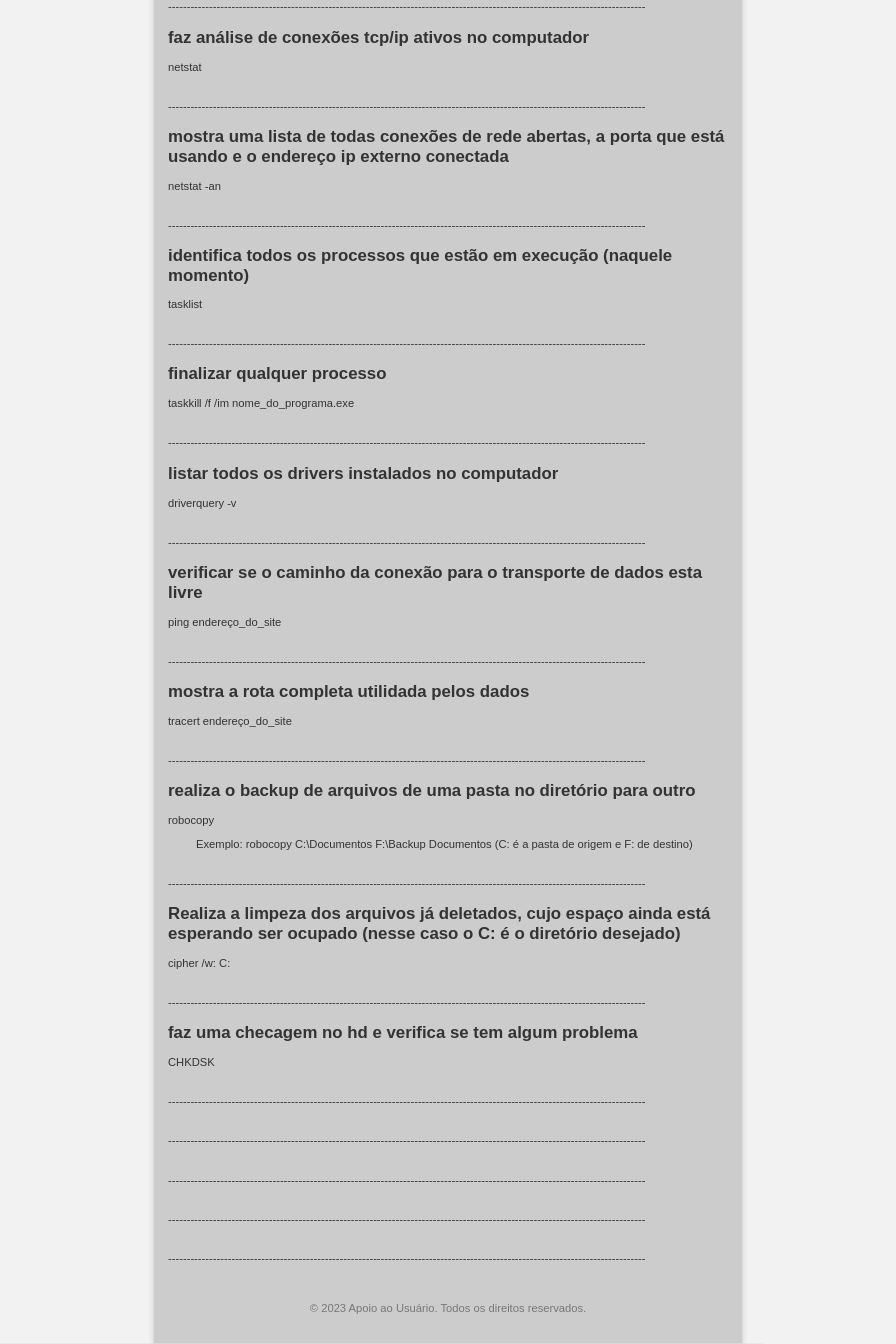
Repository: I4guito/dicasdez
Page: Dicas site/Dicas/cmd.html
These files come from the project's save history. The page is drawn as it stood at one moment and after a run of saves; the edit follows.
The browser window is 1280 px wide. The pictures show the part of the page from y = 1614 to 3534 px (the page is 3534 px tall before and 3310 px after), at 70% of full size.

Above is the page before, as saved 2023-11-28 13:53:44.

### Dicas site/Dicas/cmd.html
<!DOCTYPE html>
<html lang="pt-br">
<head>
    <meta charset="UTF-8">
    <meta name="viewport" content="width=device-width, initial-scale=1.0">
    <link rel="stylesheet" href="padrao.css">
    <script src="/Dicas site/script.js"></script>
    <title>CMD - comandos</title>
</head>
<body>
    <div class="container">
        <header>
        <a href="javascript:history.back()" class="voltar-btn">&#8592; Voltar</a>
            <h1>Comandos úteis para usar no cmd:</h1>
        </header>
        --------------------------------------------------------------------------------------------------------------------------------

        <section>
            <div class="programa">
                <h2>Testar a conectividade (pingar)</h2>
                <p>ping t?????? </p>
                <blockquote>no caso seria ping + tombo (ping t123456)</blockquote>

            </div>
        </section><br>

        --------------------------------------------------------------------------------------------------------------------------------

        <section>
            <div class="programa">
                <h2>Ficar pingando continuamente</h2>
                <p>ping t?????? -t</p>

            </div>
        </section><br>

        --------------------------------------------------------------------------------------------------------------------------------

        <section>
            <div class="programa">
                <h2>saber as permissões do usuário</h2>
                <p>gpresult /r</p>
            </div>
        </section><br>

        --------------------------------------------------------------------------------------------------------------------------------

        <section>
            <div class="programa">
                <h2>forçar atualizações de política de rede no computador</h2>
                <p>gpupdate /force</p>
            </div>
        </section><br>

        --------------------------------------------------------------------------------------------------------------------------------

        <section>
            <div class="programa">
                <h2>reiniciar o computador a distância</h2>
                <p>shutdown -r -m \\tombo -f -t 0</p>
                <blockquote><blockquote>Perfeito pra zuar o coleguinha nas horas vagas</blockquote>
            </div>
        </section><br>


        --------------------------------------------------------------------------------------------------------------------------------

        <section>
            <div class="programa">
                <h2>Verificar a integridade de todos os arquivos do sistema protegidos e reparar os arquivos com problemas quando possível</h2>
                <p>sfc /SCANNOW</p>
            </div>
        </section><br>

        --------------------------------------------------------------------------------------------------------------------------------

        <section>
            <div class="programa">
                <h2>Saber se tem alguém conectado via VNC em alguma máquina:</h2>
                <p>psloggedon \t?????? </p>
            </div>
        </section><br>


        --------------------------------------------------------------------------------------------------------------------------------

        <section>
            <div class="programa">
                <h2>mostrar as principais informações úteis do seu computador</h2>
                <p>systeminfo</p>
            </div>
        </section><br>


        --------------------------------------------------------------------------------------------------------------------------------

        <section>
            <div class="programa">
                <h2>mostrar as informações do endereço ip do computador</h2>
                <p>ipconfig</p>
            </div>
        </section><br>


        --------------------------------------------------------------------------------------------------------------------------------

        <section>
            <div class="programa">
                <h2 do cache dns>limpeza do cache dns</h2>
                <p>ipconfig /flushdns</p>
            </div>
        </section><br>


        --------------------------------------------------------------------------------------------------------------------------------

        <section>
            <div class="programa">
                <h2>faz análise de conexões tcp/ip ativos no computador</h2>
                <p>netstat</p>
            </div>
        </section><br>


        --------------------------------------------------------------------------------------------------------------------------------

        <section>
            <div class="programa">
                <h2>mostra uma lista de todas conexões de rede abertas, a porta que está usando e o endereço ip externo conectada</h2>
                <p>netstat -an</p>
            </div>
        </section><br>

        --------------------------------------------------------------------------------------------------------------------------------

        <section>
            <div class="programa">
                <h2>identifica todos os processos que estão em execução (naquele momento)</h2>
                <p>tasklist</p>
            </div>
        </section><br>


        --------------------------------------------------------------------------------------------------------------------------------

        <section>
            <div class="programa">
                <h2>finalizar qualquer processo</h2>
                <p>taskkill /f /im nome_do_programa.exe</p>
            </div>
        </section><br>

        --------------------------------------------------------------------------------------------------------------------------------

        <section>
            <div class="programa">
                <h2>listar todos os drivers instalados no computador</h2>
                <p>driverquery -v</p>
            </div>
        </section><br>

        --------------------------------------------------------------------------------------------------------------------------------

        <section>
            <div class="programa">
                <h2>verificar se o caminho da conexão para o transporte de dados esta livre</h2>
                <p>ping endereço_do_site</p>
            </div>
        </section><br>

        --------------------------------------------------------------------------------------------------------------------------------

        <section>
            <div class="programa">
                <h2>mostra a rota completa utilidada pelos dados</h2>
                <p>tracert endereço_do_site</p>
            </div>
        </section><br>

        --------------------------------------------------------------------------------------------------------------------------------

        <section>
            <div class="programa">
                <h2>realiza o backup de arquivos de uma pasta no diretório para outro</h2>
                <p>robocopy</p>
                <blockquote>Exemplo: robocopy C:\Documentos F:\Backup Documentos (C: é a pasta de origem e F: de destino)</blockquote>
            </div>
        </section><br>

        --------------------------------------------------------------------------------------------------------------------------------

        <section>
            <div class="programa">
                <h2>Realiza a limpeza dos arquivos já deletados, cujo espaço ainda está esperando ser ocupado (nesse caso o C: é o diretório desejado)</h2>
                <p>cipher /w: C:</p>
            </div>
        </section><br>

        --------------------------------------------------------------------------------------------------------------------------------

        <section>
            <div class="programa">
                <h2>faz uma checagem no hd e verifica se tem algum problema</h2>
                <p>CHKDSK</p>
            </div>
        </section><br>

        --------------------------------------------------------------------------------------------------------------------------------

        <section>
            <div class="programa">
                <h2></h2>
                <p></p>
            </div>
        </section><br>

        --------------------------------------------------------------------------------------------------------------------------------

        <section>
            <div class="programa">
                <h2></h2>
                <p></p>
            </div>
        </section><br>

        --------------------------------------------------------------------------------------------------------------------------------

        <section>
            <div class="programa">
                <h2></h2>
                <p></p>
            </div>
        </section><br>

        --------------------------------------------------------------------------------------------------------------------------------

        <section>
            <div class="programa">
                <h2></h2>
                <p></p>
            </div>
        </section><br>

        --------------------------------------------------------------------------------------------------------------------------------

        <section>
            <div class="programa">
                <h2></h2>
                <p></p>
            </div>
        </section><br>


        <footer>
            <p>&copy; 2023 Apoio ao Usuário. Todos os direitos reservados.</p>
        </footer>
    </div>
</body>
</html>

### Dicas site/Dicas/padrao.css
body {
    font-family: 'Arial', sans-serif;
    margin: 0;
    padding: 0;
    background-color: #f2f2f2;
    color:#fff
}

.container {
    max-width: 800px;
    margin: 0 auto;
    background-color: #ccc;
    padding: 20px;
    box-shadow: 0 0 10px rgba(0, 0, 0, 0.1);
    border: 1px solid #ddd;
    color: #333;
}

header, section, footer {
    margin-bottom: 20px;
}

header h1, section h2 {
    color: #333;
}

ul {
    list-style: none;
    padding: 0;
}

li {
    margin-bottom: 10px;
}

footer {
    text-align: center;
    color: #777;
}

.voltar-btn {
    position: absolute;
    left: 10px;
    top: 10px;
    text-decoration: none;
    color: #fff;
    font-size: 16px;
    padding: 10px;
    background-color: #555;
    border: none;
    border-radius: 5px;
    cursor: pointer;
    transition: background-color 0.3s;
}

.voltar-btn:hover {
    background-color: #777;
}

img {

    margin-inline: 5cm;
    max-width: 100%;
    border-radius: 3%;
}

.link-instrucoes {
    font-family:cursive;
    width: 50px;
    left: 10px;
    text-decoration: none;
    color: #fff;
    font-size: 25px;
    padding: 3px;
    background-color: #555;
    border: none;
    border-radius: 10px;
    cursor: pointer;
    transition:  background-color 0.3s;
}

.link-instrucoes:hover {
    background-color:#777
}

### Dicas site/script.js
function filterItems() {
    var searchBar = document.getElementById('searchBar');
    var filter = searchBar.value.toUpperCase();

    var columns = document.getElementsByClassName('column');
    for (var i = 0; i < columns.length; i++) {
        var boxes = columns[i].getElementsByClassName('box');
        for (var j = 0; j < boxes.length; j++) {
            var item = boxes[j];
            var textValue = item.textContent || item.innerText;
            if (textValue.toUpperCase().indexOf(filter) > -1) {
                item.style.display = "";
            } else {
                item.style.display = "none";
            }
        }
    }
}

function openPage(pageName) {
    // Assuming all pages are in the same directory, you can modify the path as needed
    window.location.href = pageName + '.html';
}


    const isOpera = navigator.userAgent.indexOf("OPR") > -1;


    if (isOpera) {
      document.addEventListener("DOMContentLoaded", function () {
        document.querySelector(".container").style.backgroundColor = "#005c4b"; /* Azul claro para o Opera */
        document.querySelector(".container").style.color = "#333";
      });
    }

After the next 2 saves:
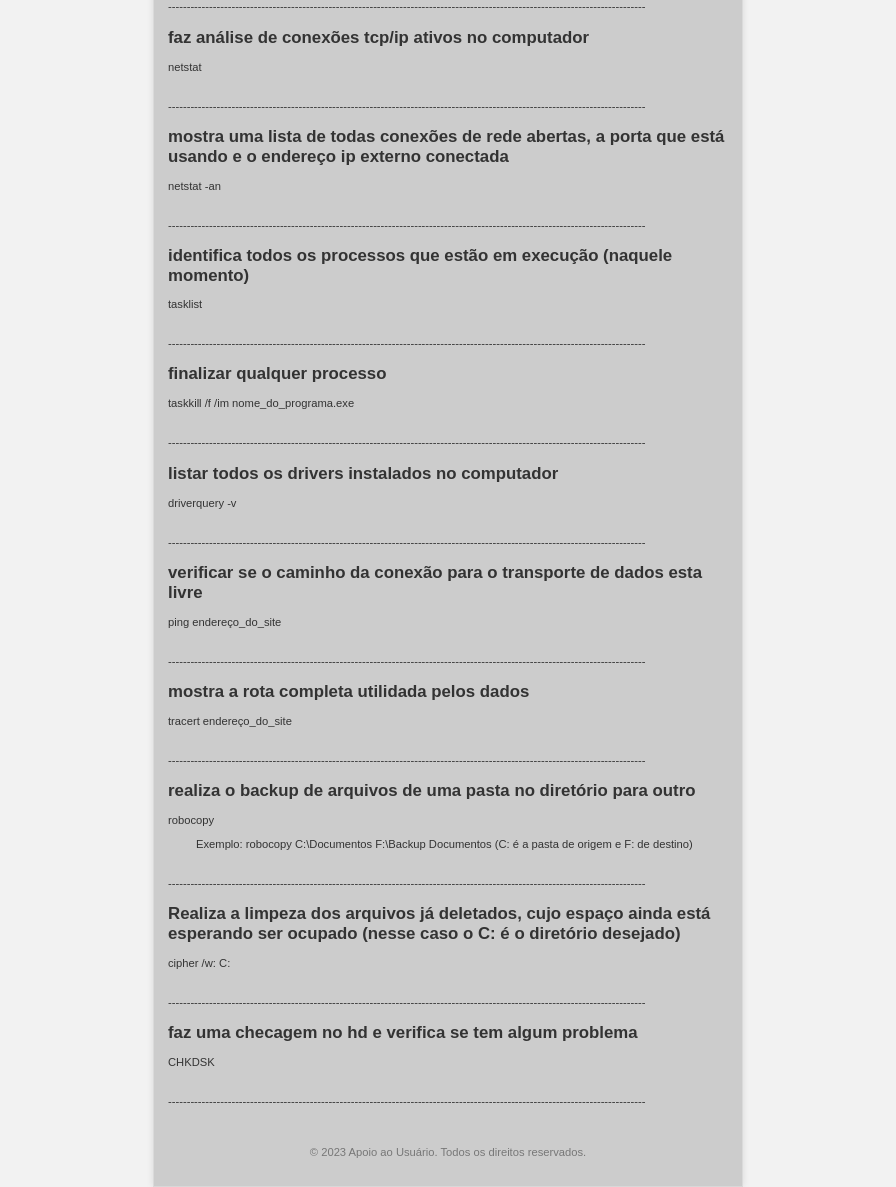
The 2 saves are shown as one change because they came seconds apart.
The last was saved 69 s later.
--- a/Dicas site/Dicas/cmd.html
+++ b/Dicas site/Dicas/cmd.html
@@ -214,42 +214,6 @@
             </div>
         </section><br>
 
-        --------------------------------------------------------------------------------------------------------------------------------
-
-        <section>
-            <div class="programa">
-                <h2></h2>
-                <p></p>
-            </div>
-        </section><br>
-
-        --------------------------------------------------------------------------------------------------------------------------------
-
-        <section>
-            <div class="programa">
-                <h2></h2>
-                <p></p>
-            </div>
-        </section><br>
-
-        --------------------------------------------------------------------------------------------------------------------------------
-
-        <section>
-            <div class="programa">
-                <h2></h2>
-                <p></p>
-            </div>
-        </section><br>
-
-        --------------------------------------------------------------------------------------------------------------------------------
-
-        <section>
-            <div class="programa">
-                <h2></h2>
-                <p></p>
-            </div>
-        </section><br>
-
 
         <footer>
             <p>&copy; 2023 Apoio ao Usuário. Todos os direitos reservados.</p>
